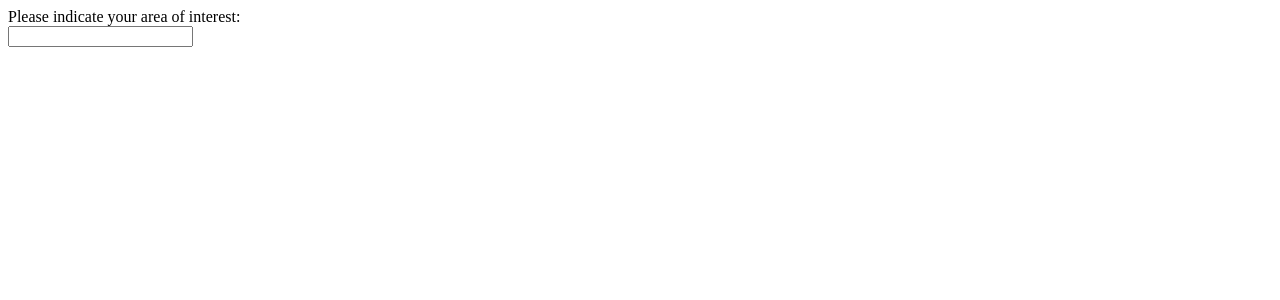
Repository: PhamChiXuan1/HTCNW_tuan3_DHCNTT16C_PhamChiXuan_20030131
Page: bt18.html
These files come from the project's save history. The page is drawn as it stood at one moment and after the next save; the edit follows.
The browser window is 1280 px wide. The pictures show the whole page.

Above is the page before, as saved 2022-02-27 21:48:35.

### bt18.html
<!DOCTYPE html>
<html lang="en">
<head>
    <meta charset="UTF-8">
    <meta http-equiv="X-UA-Compatible" content="IE=edge">
    <meta name="viewport" content="width=device-width, initial-scale=1.0">
    <title>Document</title>
</head>
<body>
    <form action="" method="get" name="frmInfo">
        Please indicate your area of interest: <br>
        <input type="text" name="txtName" value="" size="20" maxlength="20" list="tech">
        <datalist id="tech">
            <option value="CSS">
            <option value="HTML">
            <option value="JavaScript">
        </datalist>
    </form>
</body>
</html>

After the next save:
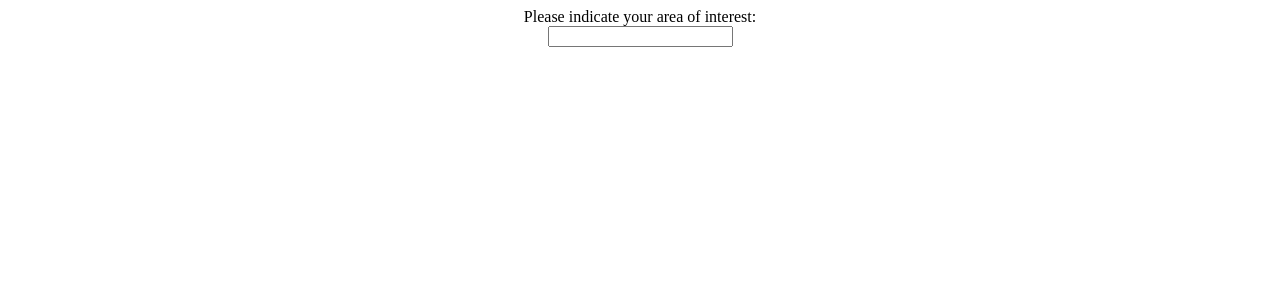
Saved 34 s later.
--- a/bt18.html
+++ b/bt18.html
@@ -7,14 +7,16 @@
     <title>Document</title>
 </head>
 <body>
-    <form action="" method="get" name="frmInfo">
-        Please indicate your area of interest: <br>
-        <input type="text" name="txtName" value="" size="20" maxlength="20" list="tech">
-        <datalist id="tech">
-            <option value="CSS">
-            <option value="HTML">
-            <option value="JavaScript">
-        </datalist>
-    </form>
+    <center>
+        <form action="" method="get" name="frmInfo">
+            Please indicate your area of interest: <br>
+            <input type="text" name="txtName" value="" size="20" maxlength="20" list="tech">
+            <datalist id="tech">
+                <option value="CSS">
+                <option value="HTML">
+                <option value="JavaScript">
+            </datalist>
+        </form>
+    </center>
 </body>
 </html>
